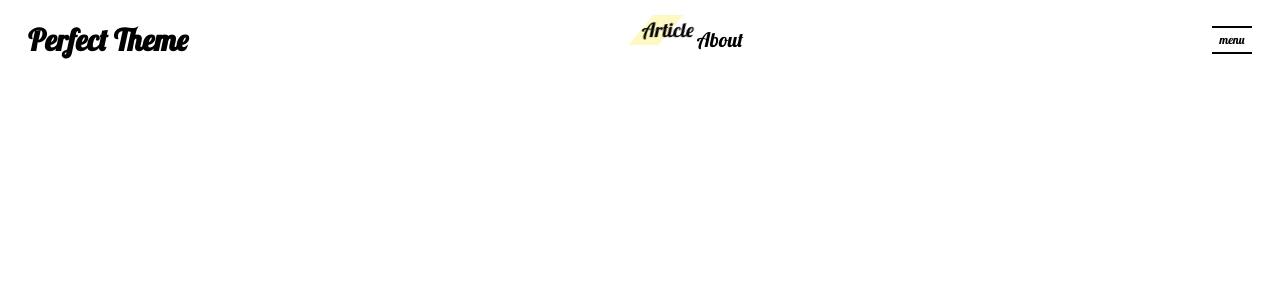
Repository: hsumyatm7308/laravel-blog
Page: blogweb/resources/views/blog/headerlayout.html
An editor plug-in stored every save of this project. The page is shown before and after the next save, followed by the edit.
The browser window is 1280 px wide. The pictures show the whole page.
Some web libraries are served in a nearby version.

Above is the page before, as saved 2023-09-04 16:04:32.

### blogweb/resources/views/blog/headerlayout.html
<!DOCTYPE html>
<html>

<head>
    <title>@yield('title')</title>
    <script src="https://cdn.tailwindcss.com"></script>

</head>
<style>
    @import url('https://fonts.googleapis.com/css2?family=Lobster&display=swap');

    body {
        font-family: 'Lobster', cursive;
    }

    .container {
        width: 80%;
        height: auto;
        /* background-color: antiquewhite; */

        display: flex;
        justify-content: center;
        align-items: center;

        position: relative;


    }

    .navlabel {
        position: relative;
        /* background-color: aqua; */
    }

    .lictn{
        position: relative;
    }

    .skewtextctn {
        width: 30px;
        height: 30px;

        /* background: gold; */

        position: fixed;
        top: 15px;

        transform: skew(-40deg);


    }

    .article {
        position: fixed;
        left: 1px;

        top: 1px;



        transform: skew(40deg);

    }
</style>

<body class="bg-[#ffff]">
    <nav class="w-[100vw] flex justify-center items-center">
        <h1 class="text-3xl font-semibold">Perfect Theme</h1>

        <div class="w-[80%] h-20 flex justify-center items-center container">
            <div class="flex justify-center items-center list-none navlabel">
                <li class="p-5 mr-4 lictn">
                    <div class="bg-yellow-100 skewtextctn">
                        <a href="" class="text-xl text-black article">Article</a>
                    </div>
                </li>
                <li class="p-5 mr-4"><a href="" class="text-xl">About</a></li>
            </div>


        </div>

        <div class=" transform ">
            <span class="text-xs flex justify-center items-center flex-col">
                <div class="w-10 h-[2px] bg-black"></div>
                <span class="p-1 "> menu</span>
                <div class="w-10 h-[2px] bg-black font-semibold"></div>
            </span>
        </div>
    </nav>

</body>

</html>

After the next save:
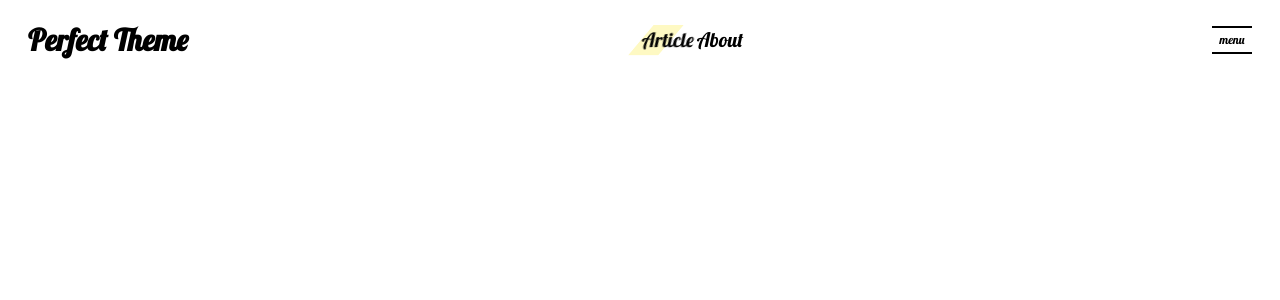
Saved 9 s later.
--- a/blogweb/resources/views/blog/headerlayout.html
+++ b/blogweb/resources/views/blog/headerlayout.html
@@ -43,7 +43,7 @@
         /* background: gold; */
 
         position: fixed;
-        top: 15px;
+        top: 25px;
 
         transform: skew(-40deg);
 
